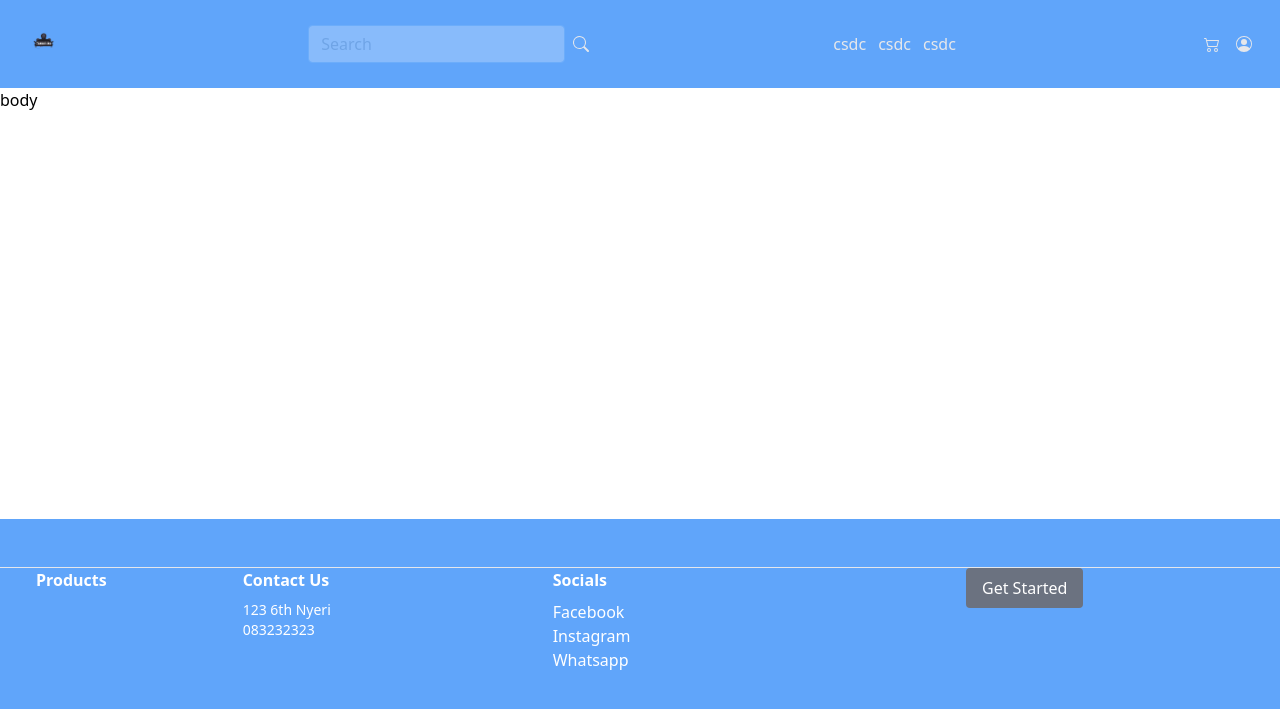
Repository: DevLaukey/Jitu-final
Page: / (app in frontend/)
The author's editor kept a copy of each file at every save. The page is drawn from the files as they stood at one save, then again after the next save.
The browser window is 1280 px wide. The pictures show the whole page.
The project was rebuilt for these pictures with package versions that can differ from the ones it lists, and the page was loaded fresh each time.

Above is the page before, as saved 2022-07-13 14:29:02.

After the next save:
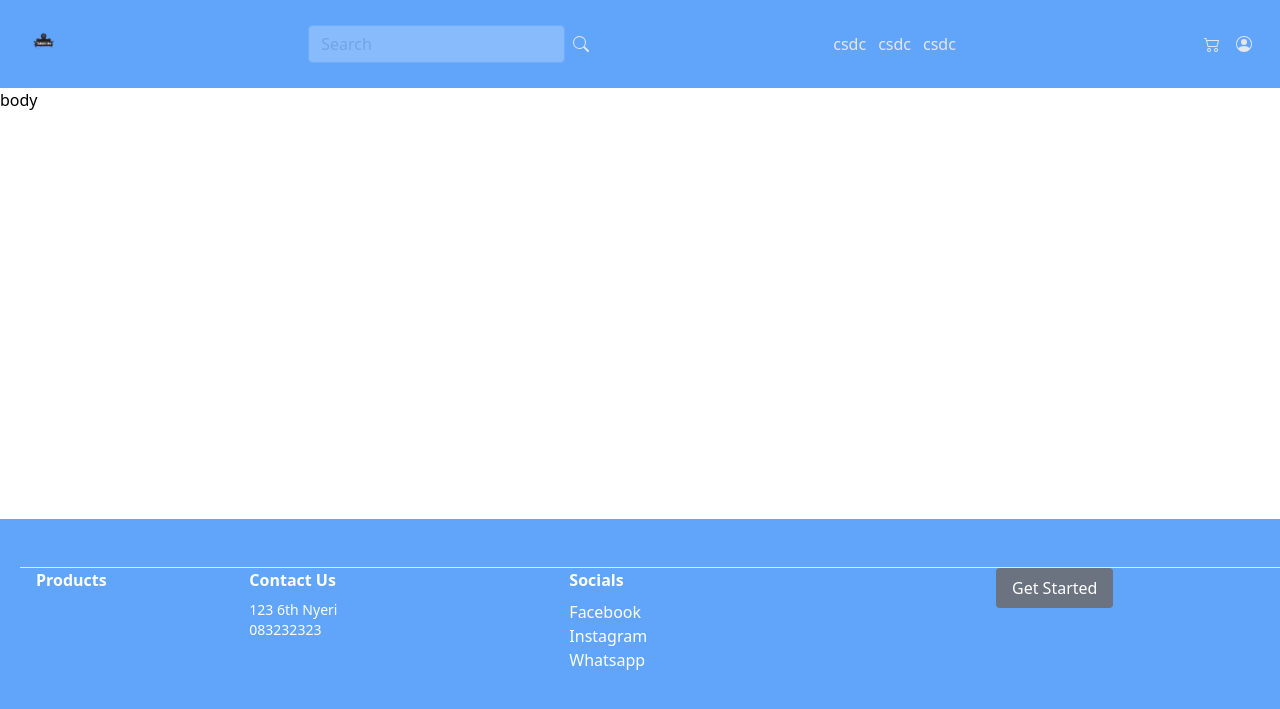
Saved 9 s later.
--- a/frontend/src/components/Footer.js
+++ b/frontend/src/components/Footer.js
@@ -3,7 +3,7 @@ import React from "react";
 function Footer() {
   return (
     <footer class="footer-1 fixed w-full bottom-0 text-white bg-blue-400 py-8 sm:py-12">
-        <div class="sm:flex w-full px-5 justify-between border-t">
+        <div class="sm:flex w-full mx-5 justify-between border-t">
           <div class="sm:w-full px-4 md:w-1/6">
             <strong>Products</strong>
           </div>
